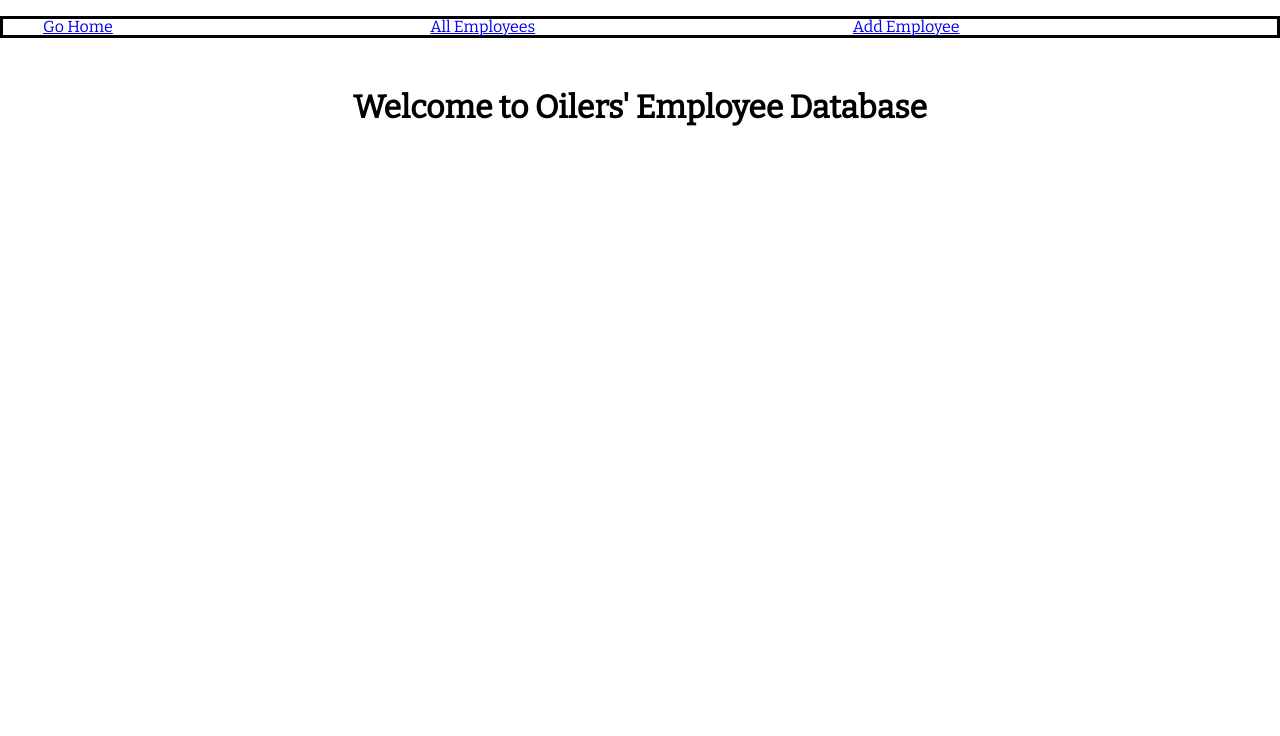
Repository: rh1456/employee-directory
Page: /
The author's editor kept a copy of each file at every save. The page is drawn from the files as they stood at one save, then again after the next save.
The browser window is 1280 px wide. The pictures show the whole page.
The project was rebuilt for these pictures with package versions that can differ from the ones it lists, and the page was loaded fresh each time. Also part of the build but not shown: src/pages/AddEmployee.jsx, src/pages/SingleEmployee.jsx, src/pages/AllEmployees.jsx.

Above is the page before, as saved 2019-12-08 18:24:43.

After the next save:
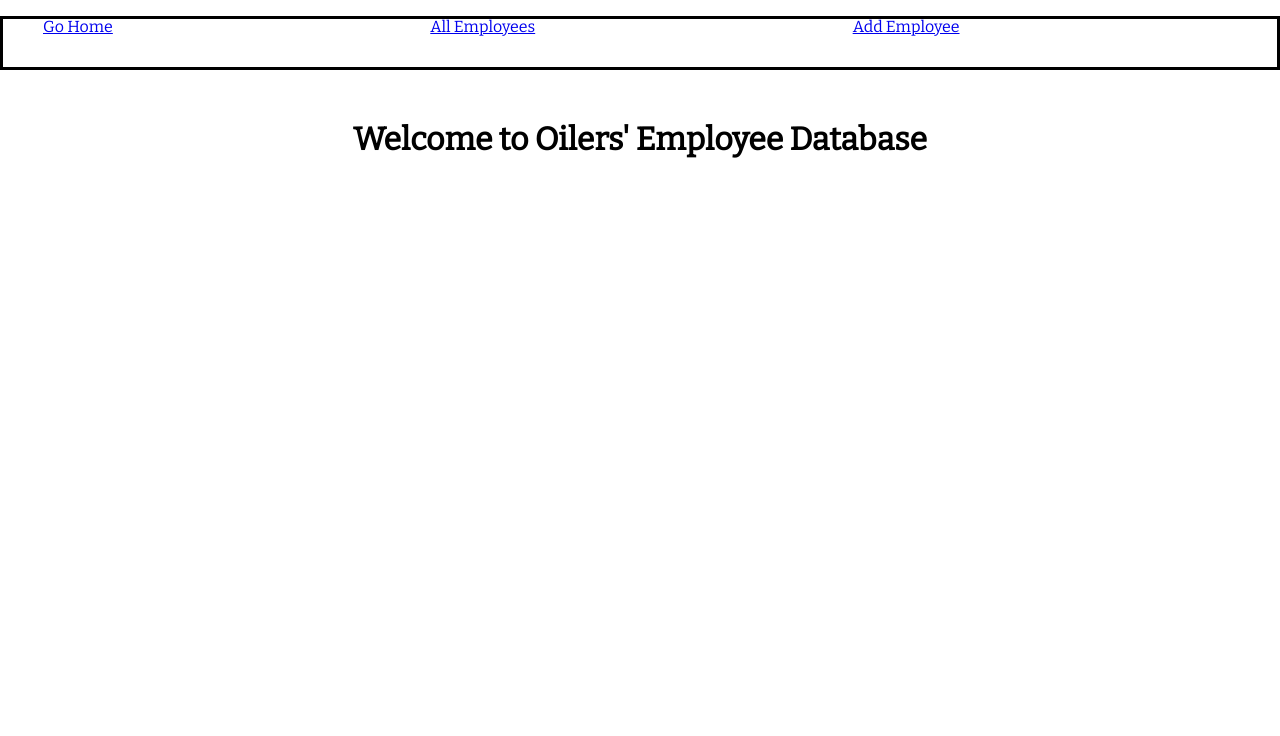
Saved 9 s later.
--- a/src/index.css
+++ b/src/index.css
@@ -16,7 +16,7 @@
   flex-direction: row;
   justify-content: space-between;
   border: solid black;
-  heigth: 3rem;
+  height: 3rem;
 }
 nav li {
   list-style: none;
